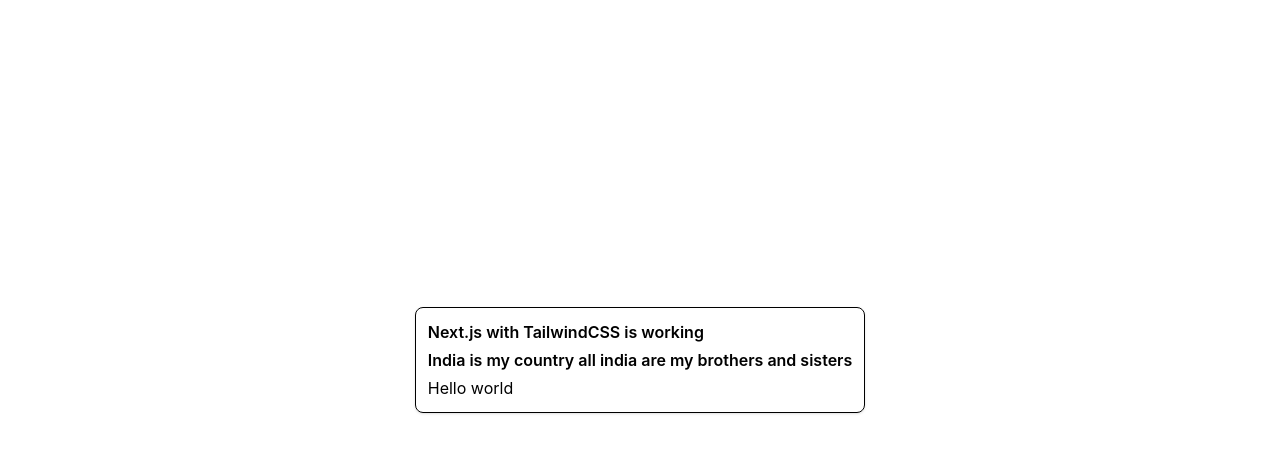
Repository: vignesh33654/resizablesidebar
Page: /
These files come from the project's save history. The page is drawn as it stood at one moment and after a run of saves; the edit follows.
The browser window is 1280 px wide. The pictures show the whole page.
The project was rebuilt for these pictures with package versions that can differ from the ones it lists, and the page was loaded fresh each time.

Above is the page before, as saved 2025-11-11 10:45:33.

### index.html
<!doctype html>
<html lang="en">
  <head>
    <meta charset="UTF-8" />
    <link rel="icon" type="image/svg+xml" href="/vite.svg" />
    <meta name="viewport" content="width=device-width, initial-scale=1.0" />
    <title>ai-app</title>
  </head>
  <body>
    <div id="root"></div>
    <script type="module" src="/src/main.tsx"></script>
  </body>
</html>

### src/index.css
@import "tailwindcss";

@theme {
  --color-primary: #37352f;
  --color-secondary: #898986;
  --color-tertiary: #acaba9;
  --color-disabled: #d5d5d4;
  --color-white: #ffffff;

}

/* default css styles */
:root {
  font-family: inter, system-ui;
  background-color: #ffffff;

  font-synthesis: none;
  text-rendering: optimizeLegibility;
  -webkit-font-smoothing: antialiased;
  -moz-osx-font-smoothing: grayscale;

   h1 {
    font-size: var(--font-size-h1);
    line-height: var(--line-height-h1);
    letter-spacing: -2.1%;
    font-weight: 600;
  }

  h2 {
    font-size: var(--font-size-h2);
    line-height: var(--line-height-h2);
    letter-spacing: -1.9%;
    font-weight: 600;
  }

  h3 {
    font-size: var(--font-size-h3);
    line-height: var(--line-height-h3);
    letter-spacing: -1.7%;
    font-weight: 600;
  }

  p {
    font-size: var(--font-size-body-16);
    line-height: var(--line-height-body);
    letter-spacing: -1.1%;
    font-weight: 400;
  }
}

### src/App.tsx


export default function App() {
  return (
    <div className="min-h-screen bg-Bg-1 flex items-center justify-center p-8">
      <div className="bg-Bg-0 border border-border-Primary rounded-lg p-3 flex gap-3 max-w-[620px] shadow-sm">
        {/* Content */}
        <div className="flex flex-col gap-1">
          <h3 className="text-text-Tertiary">
            Next.js with TailwindCSS is working
          </h3>
          <h1 className="text-text-primary "> India is my country all india are my brothers and sisters
          </h1>
        <div className="border-color-border-color-primary rounded ">
          Hello world
        </div>
      </div>
      </div>
    </div>
  )
}

Loaded but not shown: src/main.tsx (common file)

After the next 2 saves:
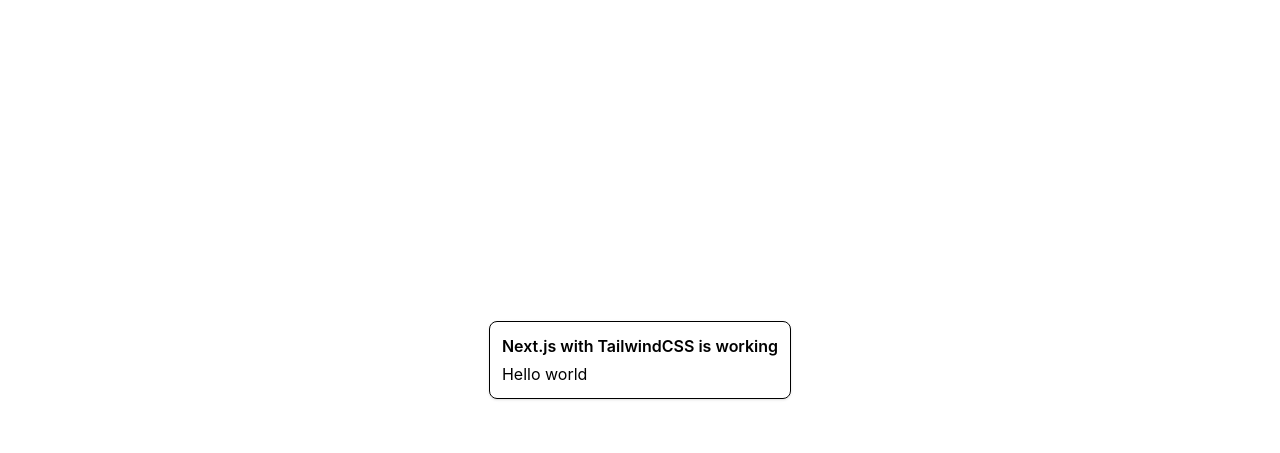
The 2 saves are shown as one change because they came seconds apart.
The last was saved 10 s later.
--- a/src/App.tsx
+++ b/src/App.tsx
@@ -9,11 +9,9 @@
           <h3 className="text-text-Tertiary">
             Next.js with TailwindCSS is working
           </h3>
-          <h1 className="text-text-primary "> India is my country all india are my brothers and sisters
-          </h1>
-        <div className="border-color-border-color-primary rounded ">
-          Hello world
-        </div>
+          <div className="border-color-border-color-primary rounded ">
+            Hello world
+          </div>
       </div>
       </div>
     </div>
